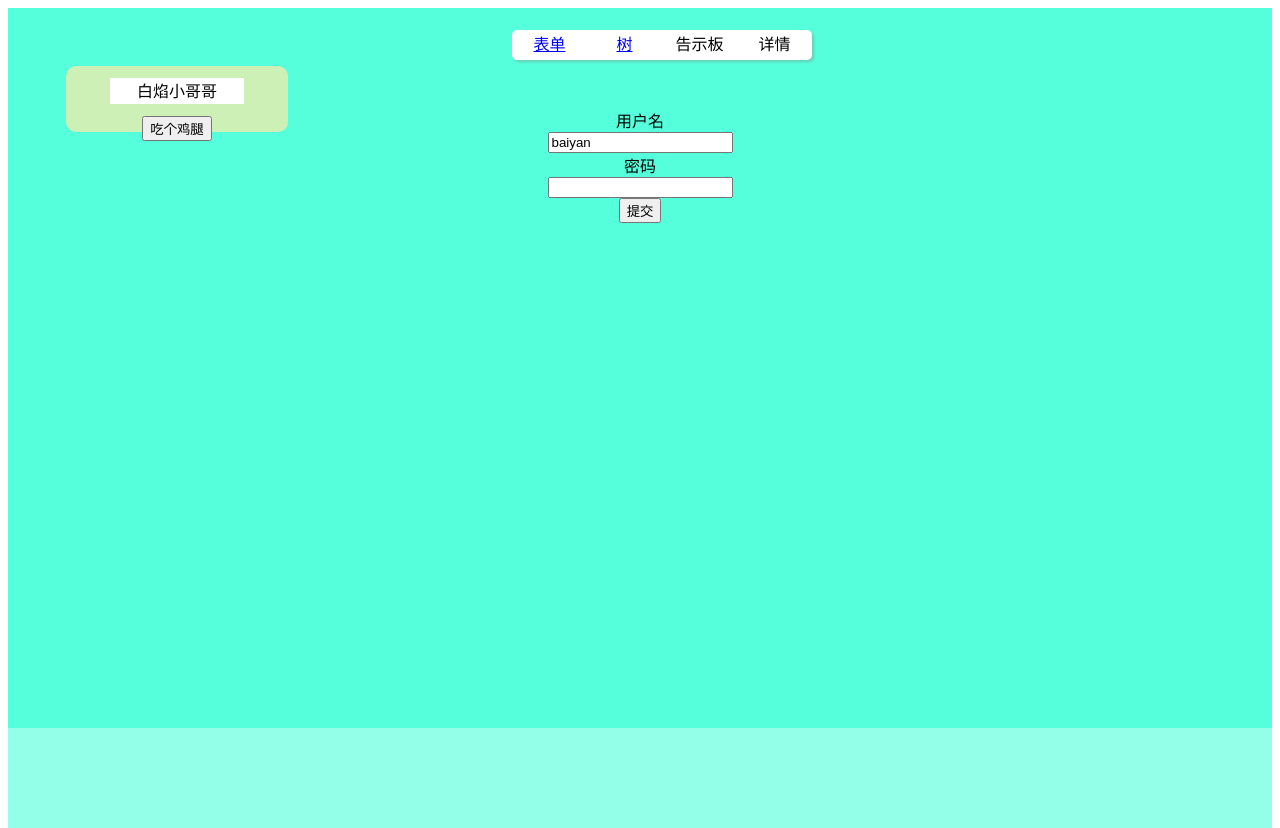
Repository: lxl0302/ClassBegin_-sound_code
Page: /#/kform
These files come from the project's save history. The page is drawn as it stood at one moment and after the next save; the edit follows.
The browser window is 1280 px wide. The pictures show the whole page.
The project was rebuilt for these pictures with package versions that can differ from the ones it lists, and the page was loaded fresh each time. Also part of the build but not shown: src/notice/KNotice.vue, src/tree/Item1.vue, src/tree/index1.vue, src/views/homepage.vue.

Above is the page before, as saved 2020-07-10 17:08:45.

After the next save:
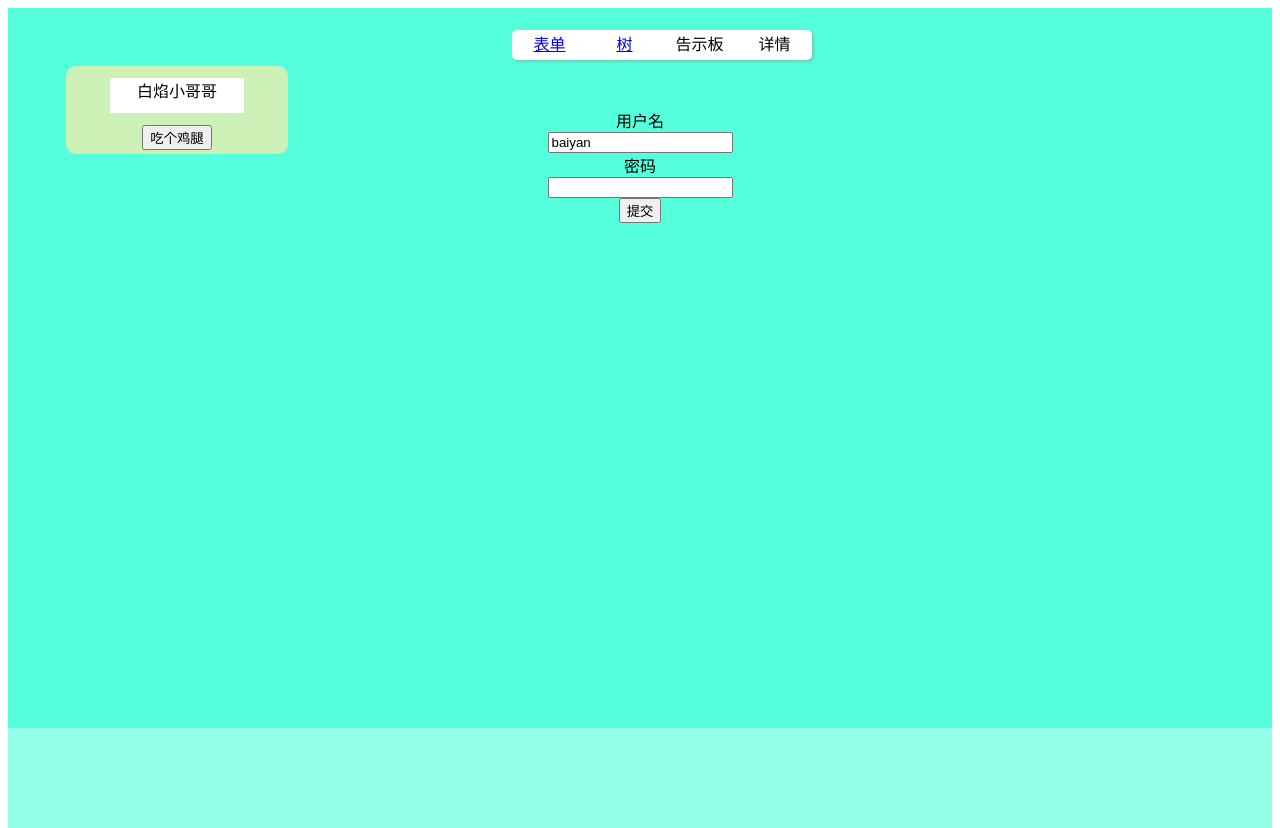
Saved 10 s later.
--- a/src/views/storeView.vue
+++ b/src/views/storeView.vue
@@ -24,7 +24,7 @@ export default {
   position: absolute;
   top: 66px;
   left: 66px;
-  height: 66px;
+  height: 88px;
   width: 222px;
   background-color: rgba(235, 236, 173, 0.795);
   border-radius: 10px;
